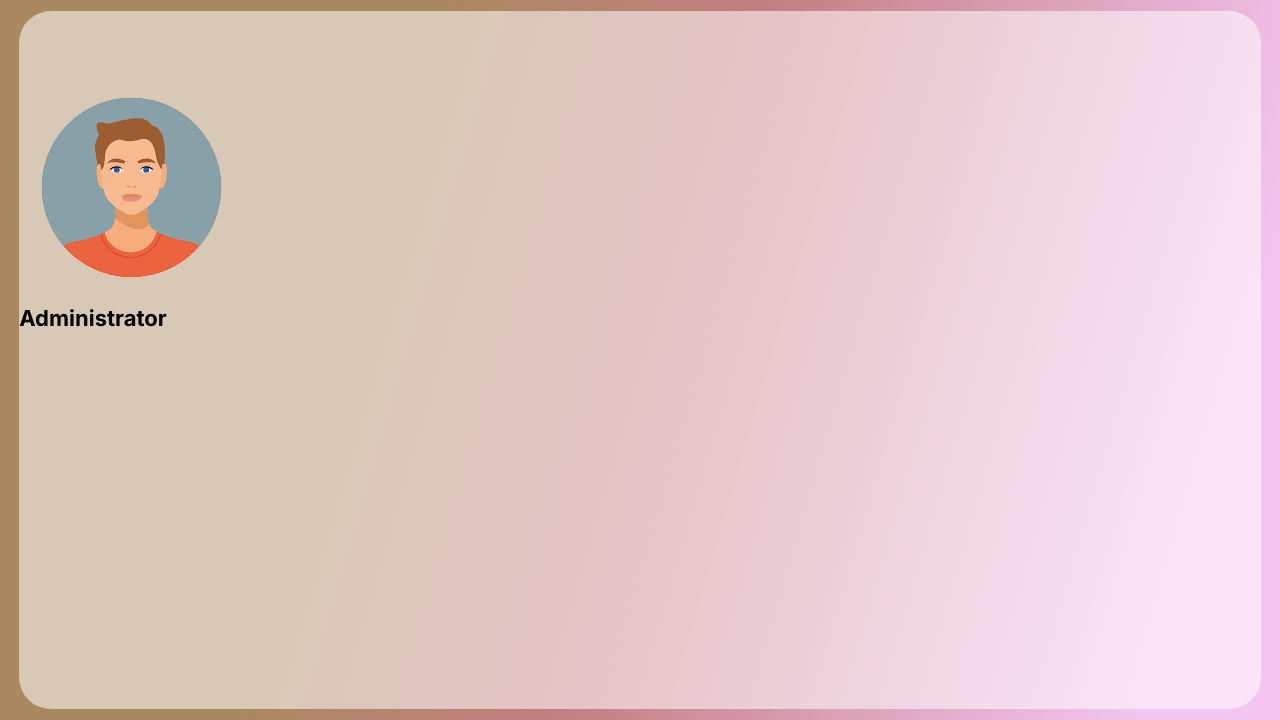
Repository: Zeeohn/react-admin-dash1
Page: /
An editor plug-in stored every save of this project. The page is shown before and after the next save, followed by the edit.
The browser window is 1280 px wide. The pictures show the whole page.
The project was rebuilt for these pictures with package versions that can differ from the ones it lists, and the page was loaded fresh each time.

Above is the page before, as saved 2022-05-20 11:51:09.

### public/index.html
<!DOCTYPE html>
<html lang="en">
  <head>
    <meta charset="utf-8" />
    <meta name="viewport" content="width=device-width, initial-scale=1" />
    <meta name="theme-color" content="#000000" />
    <meta
      name="description"
      content="Web site created using create-react-app"
    />
    <link rel="preconnect" href="https://fonts.googleapis.com" />
    <link rel="preconnect" href="https://fonts.gstatic.com" crossorigin />
    <link
      href="https://fonts.googleapis.com/css2?family=Inter:wght@400;500;700&family=Poppins:ital,wght@0,100;0,200;0,300;0,400;0,500;0,600;0,700;0,800;0,900;1,100;1,200;1,300;1,400;1,500;1,600;1,700;1,800;1,900&display=swap"
      rel="stylesheet"
    />

    <style>
      body {
        margin: 0;
      }
    </style>
    <!--
      manifest.json provides metadata used when your web app is installed on a
      user's mobile device or desktop. See https://developers.google.com/web/fundamentals/web-app-manifest/
    -->
    <!--
      Notice the use of %PUBLIC_URL% in the tags above.
      It will be replaced with the URL of the `public` folder during the build.
      Only files inside the `public` folder can be referenced from the HTML.

      Unlike "/favicon.ico" or "favicon.ico", "%PUBLIC_URL%/favicon.ico" will
      work correctly both with client-side routing and a non-root public URL.
      Learn how to configure a non-root public URL by running `npm run build`.
    -->
    <title>React App</title>
  </head>
  <body>
    <noscript>You need to enable JavaScript to run this app.</noscript>
    <div id="root"></div>
    <!--
      This HTML file is a template.
      If you open it directly in the browser, you will see an empty page.

      You can add webfonts, meta tags, or analytics to this file.
      The build step will place the bundled scripts into the <body> tag.

      To begin the development, run `npm start` or `yarn start`.
      To create a production bundle, use `npm run build` or `yarn build`.
    -->
  </body>
</html>

### src/index.js
import React from 'react';
import ReactDOM from 'react-dom/client';
import App from './App';

const root = ReactDOM.createRoot(document.getElementById('root'));
root.render(
  <App />
)

// If you want to start measuring performance in your app, pass a function
// to log results (for example: reportWebVitals(console.log))
// or send to an analytics endpoint. Learn more: https://bit.ly/CRA-vitals

### src/App.js
import "./App.css";
import Sidebar from "./components/sidebar/Sidebar.jsx";

function App() {
  return (
    <div className="App">
      <div className="AppGlass">
        <Sidebar />
        <div></div>
        <div></div>
      </div>
    </div>
  );
}

export default App;

### src/App.css
:root {
  --yellow: linear-gradient(180deg, #f8d49a -146.42%, #fad79d -46.42%);
  --orange: #fca61f;
  --black: #242d49;
  --gray: #788097;
  --purple: linear-gradient(180deg, #bb67ff 0%, #c484f3 100%);
  --pink: #ff919d;
  --glass: rgba(255, 255, 255, 0.54);
  --boxShadow: 0px 19px 60px rgb(0 0 0 / 8%);
  --smboxShadow: -79px 51px 60px rgba(0, 0, 0, 0.08);
  --activeItem: #f799a354;
}

.App {
  background: linear-gradient(
    106.37deg,
    #aa8960 29.63%,
    #c57e81 51.55%,
    #f3c6f1 90.85%
  );
  height: 100vh;
  display: flex;
  justify-content: center;
  align-items: center;
  font-family: "Inter", sans-serif;
}

.AppGlass {
  display: grid;
  height: 97%;
  width: 97%;
  border-radius: 2rem;
  background-color: var(--glass);
  overflow: hidden;
  grid-template-columns: 11rem auto 23rem;
}

### src/components/sidebar/Sidebar.jsx
import React from "react";
import "./Sidebar.css";
import Placeholder from "../../imgs/placeholder.png";

const Sidebar = () => {
  return (
    <div className="Sidebar">
      {/*logo*/}
      <div className="logo">
        <img src={Placeholder} alt="Admin placeholder" />
        <span>
          Admin<span>istrator</span>
        </span>
      </div>
    </div>
  );
};

export default Sidebar;

### src/components/sidebar/Sidebar.css
.Sidebar {
  display: flex;
  flex-direction: column;
  position: relative;
  padding-top: 4rem;
  transition: all 300ms ease;
}

.logo {
  display: block;
  height: 5rem;
  font-weight: bold;
  font-size: 22px;
  gap: 1rem;
  align-items: center;
  justify-content: center;
}

After the next save:
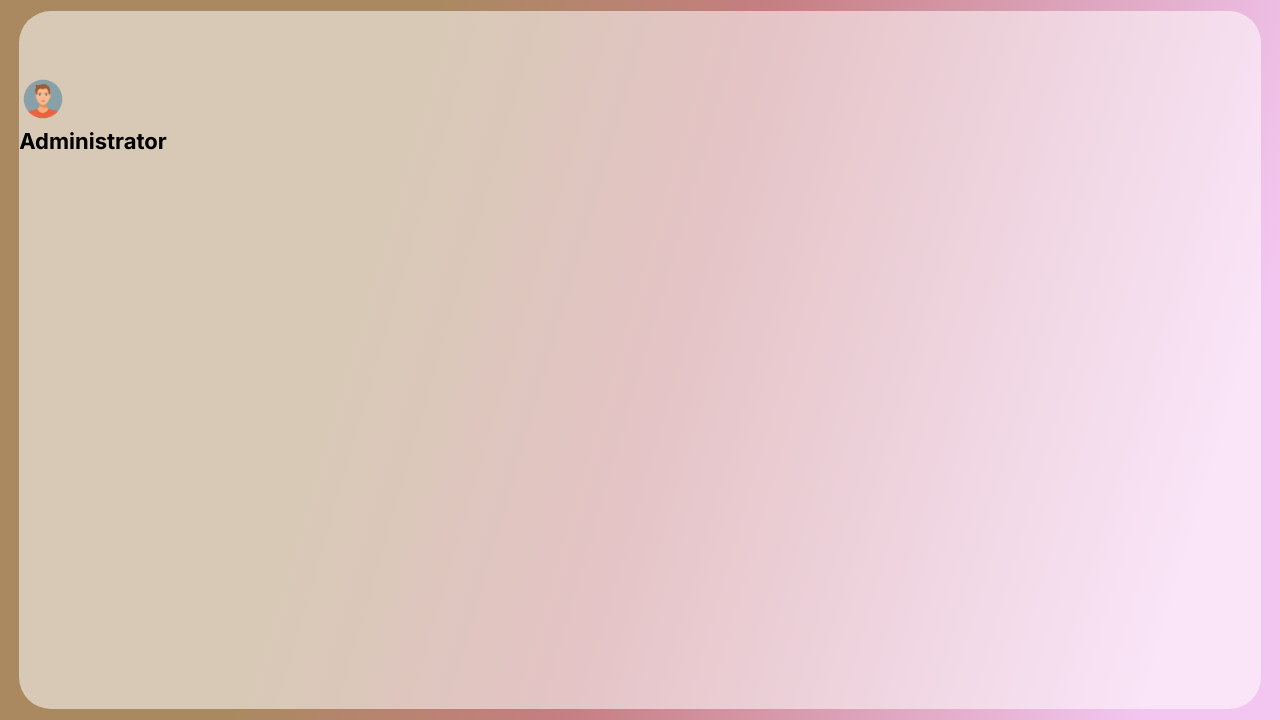
Saved 108 s later.
--- a/src/components/sidebar/Sidebar.css
+++ b/src/components/sidebar/Sidebar.css
@@ -14,4 +14,10 @@
   gap: 1rem;
   align-items: center;
   justify-content: center;
+  height: 4%;
 }
+
+.logo > img {
+  width: 3rem;
+  height: 3rem;
+}
